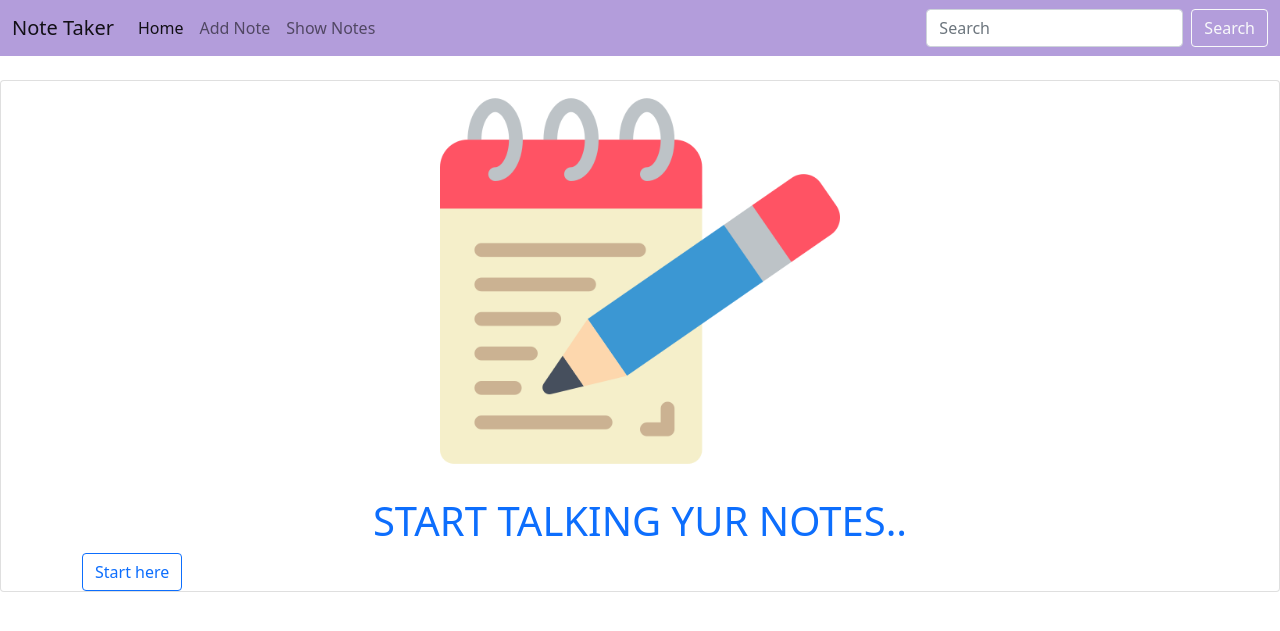
Repository: Tanmoy4672/Hibernate
Page: http://localhost/NoteTaker/
An editor plug-in stored every save of this project. The page is shown before and after the next save, followed by the edit.
The browser window is 1280 px wide. The pictures show the whole page.
The page is served by Tomcat 9. Other server files are loaded and not shown.

Above is the page before, as saved 2021-12-16 22:56:48.

### NoteTaker/src/main/webapp/index.jsp
<!doctype html>
<html lang="en">
<head>
<!-- Required meta tags -->
<meta charset="utf-8">
<meta name="viewport" content="width=device-width, initial-scale=1">

<title>Note Taker :HomePage</title>
<%@include file="All_js_css.jsp"%>

</head>
<body>

	<div class="container-fluid p-0 m-0">
		<%@include file="Navbar.jsp"%>

		<br>
		<div class="card">
			<img alt="" class="img-fluid mx-auto" style="max-width: 400px"
				src="img/notepad.png">
			<h1 class="text-primary text-uppercase text-center mt-3">Start
				talking yur notes..</h1>
			<div class="container mx-auto">
				<button class="btn btn-outline-primary">Start
					here</button>
			</div>
		</div>
	</div>















</body>
</html>

### NoteTaker/src/main/webapp/All_js_css.jsp
<!-- Bootstrap CSS -->
    <link href="https://cdn.jsdelivr.net/npm/bootstrap@5.0.2/dist/css/bootstrap.min.css" rel="stylesheet" integrity="sha384-EVSTQN3/azprG1Anm3QDgpJLIm9Nao0Yz1ztcQTwFspd3yD65VohhpuuCOmLASjC" crossorigin="anonymous">
    <link href="CSS/style.css" rel="stylesheet"/>

 <!-- Optional JavaScript; choose one of the two! -->

    <!-- Option 1: Bootstrap Bundle with Popper -->
    <script src="https://cdn.jsdelivr.net/npm/bootstrap@5.0.2/dist/js/bootstrap.bundle.min.js" integrity="sha384-MrcW6ZMFYlzcLA8Nl+NtUVF0sA7MsXsP1UyJoMp4YLEuNSfAP+JcXn/tWtIaxVXM" crossorigin="anonymous"></script>

    <!-- Option 2: Separate Popper and Bootstrap JS -->

    <script src="https://cdn.jsdelivr.net/npm/@popperjs/core@2.9.2/dist/umd/popper.min.js" integrity="sha384-IQsoLXl5PILFhosVNubq5LC7Qb9DXgDA9i+tQ8Zj3iwWAwPtgFTxbJ8NT4GN1R8p" crossorigin="anonymous"></script>
    <script src="https://cdn.jsdelivr.net/npm/bootstrap@5.0.2/dist/js/bootstrap.min.js" integrity="sha384-cVKIPhGWiC2Al4u+LWgxfKTRIcfu0JTxR+EQDz/bgldoEyl4H0zUF0QKbrJ0EcQF" crossorigin="anonymous"></script>

### NoteTaker/src/main/webapp/Navbar.jsp
<nav class="navbar navbar-expand-lg navbar-light purple">
	<div class="container-fluid">
		<a class="navbar-brand" href="index.jsp">Note Taker</a>
		<button class="navbar-toggler" type="button" data-bs-toggle="collapse"
			data-bs-target="#navbarSupportedContent"
			aria-controls="navbarSupportedContent" aria-expanded="false"
			aria-label="Toggle navigation">
			<span class="navbar-toggler-icon"></span>
		</button>
		<div class="collapse navbar-collapse" id="navbarSupportedContent">
			<ul class="navbar-nav me-auto mb-2 mb-lg-0">
				<li class="nav-item"><a class="nav-link active"
					aria-current="page" href="index.jsp">Home</a></li>
				<li class="nav-item"><a class="nav-link" href="add_notes.jsp">Add Note</a></li>

				<li class="nav-item"><a class="nav-link" href="all_notes.jsp"
					tabindex="-1" >Show Notes</a></li>
			</ul>
			<form class="d-flex">
				<input class="form-control me-2" type="search" placeholder="Search"
					aria-label="Search">
				<button class="btn btn-outline-light" type="submit">Search</button>
			</form>
		</div>
	</div>
</nav>

### NoteTaker/src/main/webapp/CSS/style.css
.purple{
	background: #b39ddb;
}

After the next save:
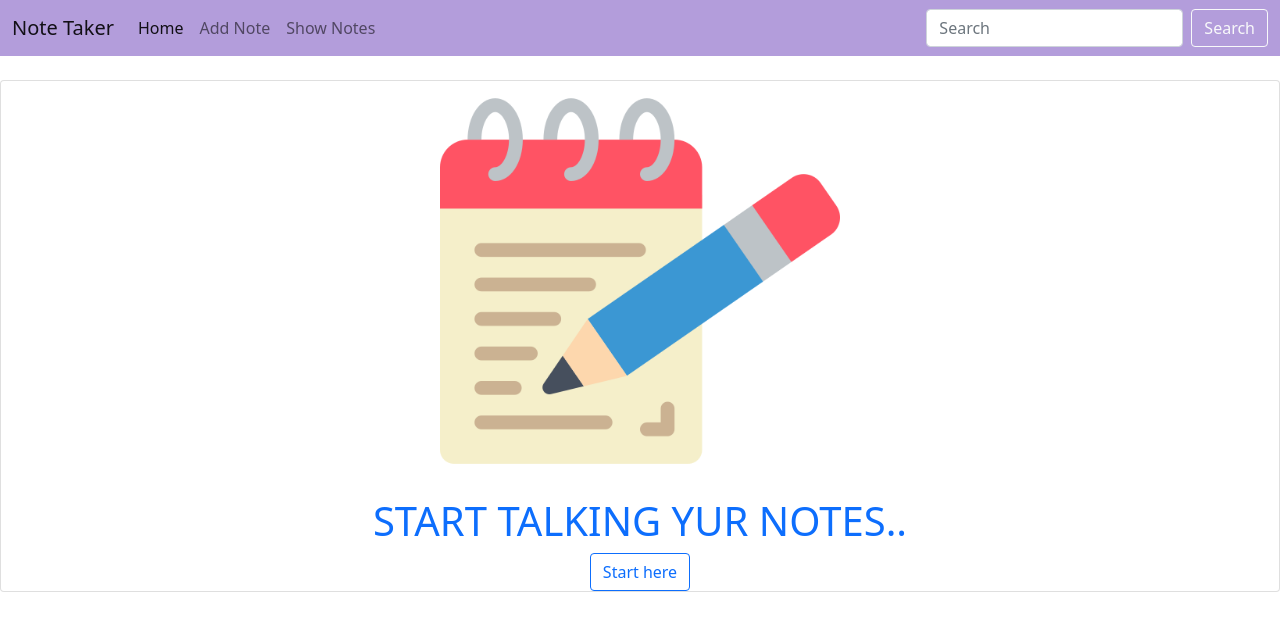
Saved 35 s later.
--- a/NoteTaker/src/main/webapp/index.jsp
+++ b/NoteTaker/src/main/webapp/index.jsp
@@ -20,7 +20,7 @@
 				src="img/notepad.png">
 			<h1 class="text-primary text-uppercase text-center mt-3">Start
 				talking yur notes..</h1>
-			<div class="container mx-auto">
+			<div class="container text-center">
 				<button class="btn btn-outline-primary">Start
 					here</button>
 			</div>
